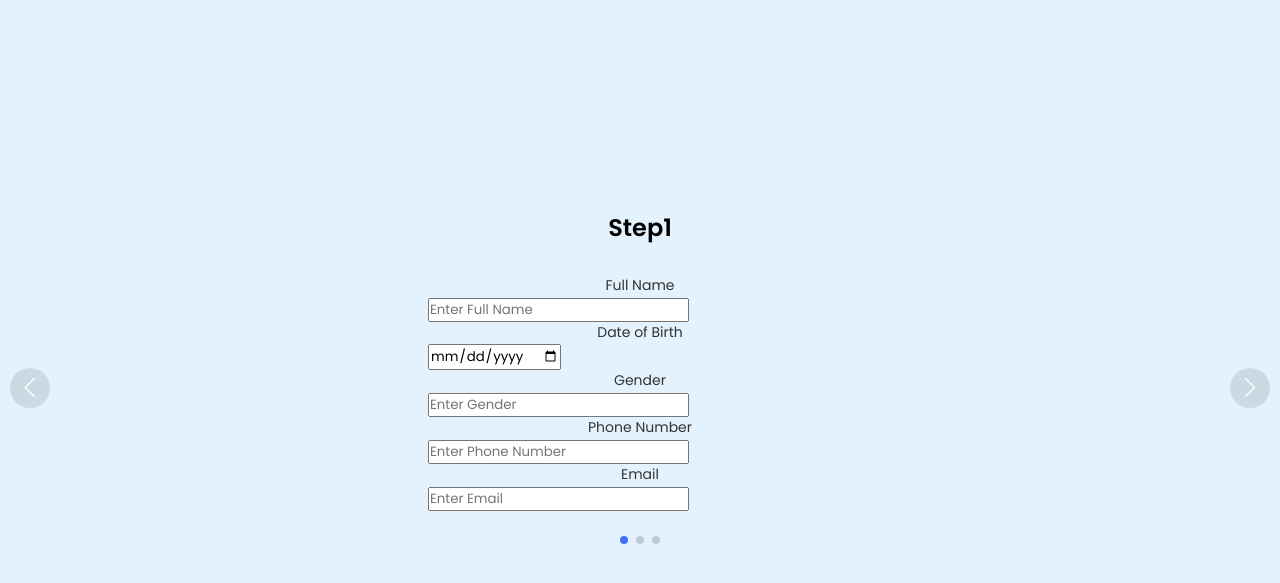
Repository: Habeebur1493/-22-multi-step-form
Page: index.html
These files come from the project's save history. The page is drawn as it stood at one moment and after the next save; the edit follows.
The browser window is 1280 px wide. The pictures show the whole page.

Above is the page before, as saved 2024-10-13 12:45:48.

### index.html
<!DOCTYPE html>
<html lang="en">
  <head>
    <meta charset="UTF-8" />
    <meta http-equiv="X-UA-Compatible" content="IE=edge" />
    <meta name="viewport" content="width=device-width, initial-scale=1.0" />
    <title>Responsive Testimonial Slider</title>

    <!-- Swiper CSS -->
    <link rel="stylesheet" href="css/swiper-bundle.min.css" />

    <!-- CSS -->
    <link rel="stylesheet" href="css/style.css" />

    <!-- Boxicons CSS -->
    <link
      href="https://unpkg.com/boxicons@2.1.2/css/boxicons.min.css"
      rel="stylesheet"
    />
  </head>
  <body>
    <section class="container">
      <div class="testimonial mySwiper">
        <div class="testi-content swiper-wrapper">
          <div class="slide swiper-slide">
            <h1>Step1</h1>
            <form action="">
              <p>Full Name</p>
              <input type="text" placeholder="Enter Full Name" />
              <br>
              <p>Date of Birth</p>
              <input type="date" placeholder="Date of Birth" />
              <br>
              <p>Gender</p>
              <input type="text" placeholder="Enter Gender" />
              <br>
              <p>Phone Number</p>
              <input type="number" placeholder="Enter Phone Number" />
              <br>
              <p>Email</p>
              <input type="email" placeholder="Enter Email" />

            </form>
          </div>
          <div class="slide swiper-slide">

            <p>
              Lorem ipsum dolor sit amet, consectetur adipisicing elit. Aperiam,
              saepe provident dolorem a quaerat quo error facere nihil deleniti
              eligendi ipsum adipisci, fugit, architecto amet asperiores
              doloremque deserunt eum nemo.
            </p>

            <i class="bx bxs-quote-alt-left quote-icon"></i>

            <div class="details">
              <span class="name">Marnie Lotter</span>
              <span class="job">Web Developer</span>
            </div>
          </div>
          <div class="slide swiper-slide">

            <p>
              Lorem ipsum dolor sit amet, consectetur adipisicing elit. Aperiam,
              saepe provident dolorem a quaerat quo error facere nihil deleniti
              eligendi ipsum adipisci, fugit, architecto amet asperiores
              doloremque deserunt eum nemo.
            </p>

            <i class="bx bxs-quote-alt-left quote-icon"></i>

            <div class="details">
              <span class="name">Marnie Lotter</span>
              <span class="job">Web Developer</span>
            </div>
          </div>
        </div>
        <div class="swiper-button-next nav-btn"></div>
        <div class="swiper-button-prev nav-btn"></div>
        <div class="swiper-pagination"></div>
      </div>
    </section>

    <!-- Swiper JS -->
    <script src="js/swiper-bundle.min.js"></script>

    <!-- JavaScript -->
    <script src="js/script.js"></script>
  </body>
</html>

### css/style.css
/* Google Fonts - Poppins */
@import url("https://fonts.googleapis.com/css2?family=Poppins:wght@300;400;500;600&display=swap");

* {
  margin: 0;
  padding: 0;
  box-sizing: border-box;
  font-family: "Poppins", sans-serif;
}
.container {
  height: 100vh;
  width: 100%;
  display: flex;
  align-items: center;
  justify-content: center;
  background-color: #e3f2fd;
}
.testimonial {
  position: relative;
  max-width: 1400px;
  width: 100%;
  padding: 50px 0;
  overflow: hidden;
}
.testimonial .image {
  height: 170px;
  width: 170px;
  object-fit: cover;
  border-radius: 50%;
}
.testimonial .slide {
  display: flex;
  align-items: center;
  justify-content: center;
  flex-direction: column;
  row-gap: 30px;
  height: 100%;
  width: 100%;
}
.slide p {
  text-align: center;
  padding: 0 160px;
  font-size: 14px;
  font-weight: 400;
  color: #333;
}
.slide .quote-icon {
  font-size: 30px;
  color: #4070f4;
}
.slide .details {
  display: flex;
  flex-direction: column;
  align-items: center;
}
.details .name {
  font-size: 14px;
  font-weight: 600;
  color: #333;
}
.details .job {
  font-size: 12px;
  font-weight: 400;
  color: #333;
}
/* swiper button css */
.nav-btn {
  height: 40px;
  width: 40px;
  border-radius: 50%;
  transform: translateY(30px);
  background-color: rgba(0, 0, 0, 0.1);
  transition: 0.2s;
}
.nav-btn:hover {
  background-color: rgba(0, 0, 0, 0.2);
}
.nav-btn::after,
.nav-btn::before {
  font-size: 20px;
  color: #fff;
}
.swiper-pagination-bullet {
  background-color: rgba(0, 0, 0, 0.8);
}
.swiper-pagination-bullet-active {
  background-color: #4070f4;
}
@media screen and (max-width: 768px) {
  .slide p {
    padding: 0 20px;
  }
  .nav-btn {
    display: none;
  }
}

### js/script.js
var swiper = new Swiper(".mySwiper", {
  slidesPerView: 1,
  grabCursor: true,
  loop: true,
  pagination: {
    el: ".swiper-pagination",
    clickable: true,
  },
  navigation: {
    nextEl: ".swiper-button-next",
    prevEl: ".swiper-button-prev",
  },
});

Loaded but not shown: css/swiper-bundle.min.css (library); js/swiper-bundle.min.js (library)

After the next save:
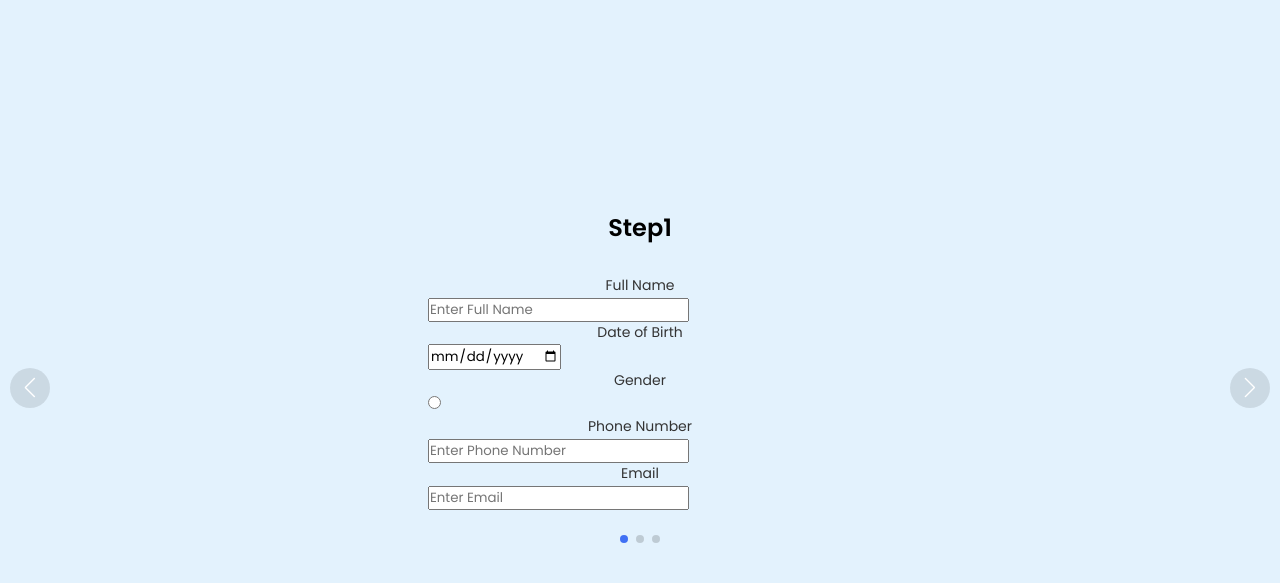
Saved 68 s later.
--- a/index.html
+++ b/index.html
@@ -32,7 +32,7 @@
               <input type="date" placeholder="Date of Birth" />
               <br>
               <p>Gender</p>
-              <input type="text" placeholder="Enter Gender" />
+              <input type="radio" placeholder="Enter Gender" />
               <br>
               <p>Phone Number</p>
               <input type="number" placeholder="Enter Phone Number" />
